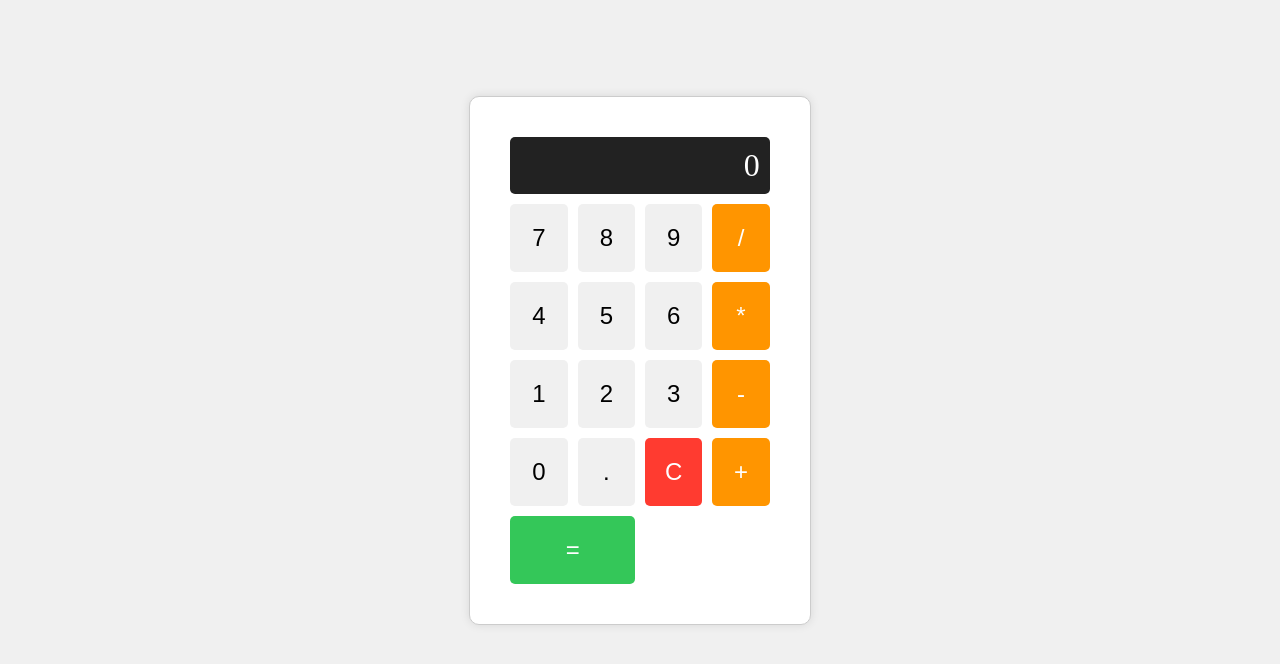
Repository: alizey12/calculator
Page: index.html
An editor plug-in stored every save of this project. The page is shown before and after the next save, followed by the edit.
The browser window is 1280 px wide. The pictures show the whole page.

Above is the page before, as saved 2024-11-23 18:29:17.

After the next save:
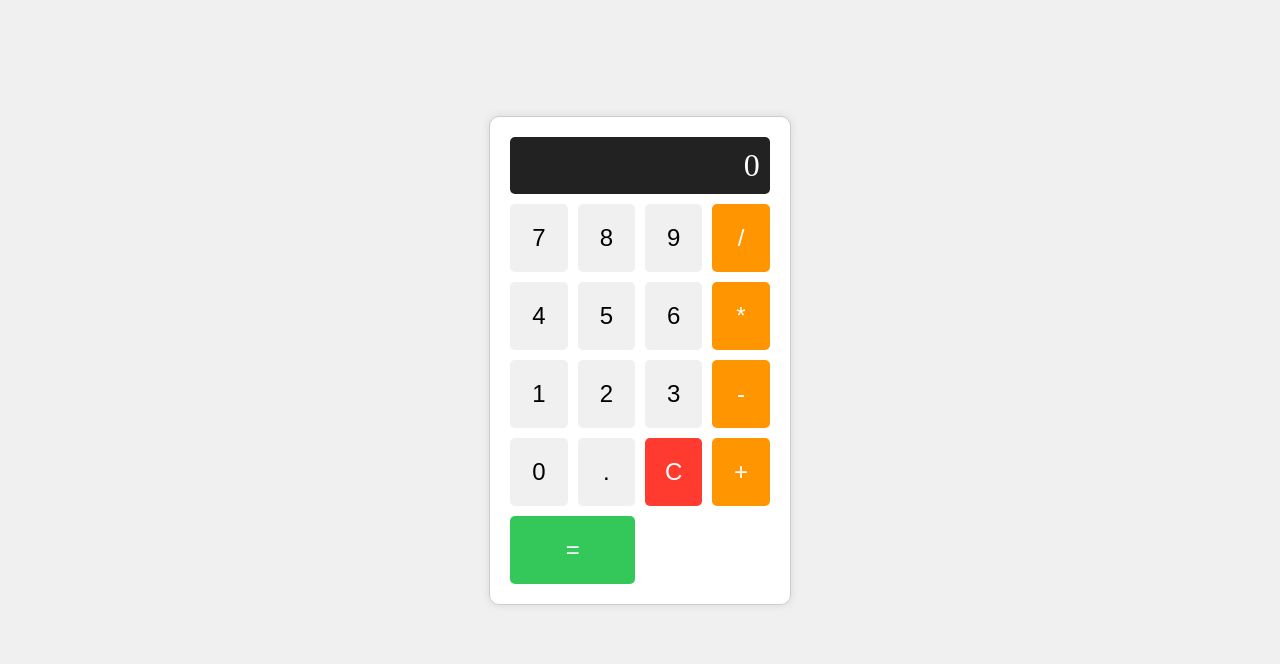
Saved 4 s later.
--- a/styles.css
+++ b/styles.css
@@ -10,7 +10,7 @@ body {
 .calculator {
     border: 1px solid #ccc;
     border-radius: 10px;
-    padding: 40px;
+    padding: 20px;
     background-color: #fff;
     box-shadow: 0 0 10px rgba(0, 0, 0, 0.1);
 }
